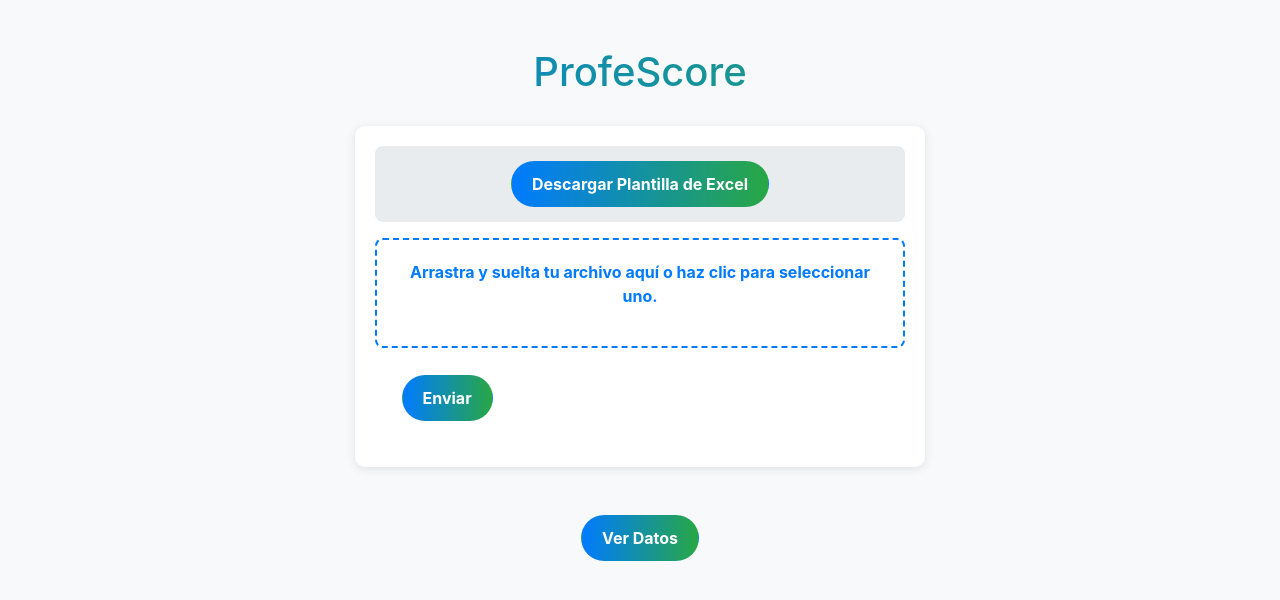
Repository: Sasonyera/ProfeScore
Page: http://localhost/index
An editor plug-in stored every save of this project. The page is shown before and after the next save, followed by the edit.
The browser window is 1280 px wide. The pictures show the whole page.
The page is this project's Thymeleaf template; nobody is signed in. The template is opened directly, without the code that normally fills it, so the values that code supplies are empty.

Above is the page before, as saved 2024-10-18 21:44:23.

### profescore/src/main/resources/templates/index.html
<!DOCTYPE html>
<html lang="es">
<head>
	<link rel="icon" href="/favi1.png" type="image/png">
    <meta charset="UTF-8">
    <title>ProfeScore</title>
    <!-- Bootstrap CSS -->
    <link rel="stylesheet" href="https://maxcdn.bootstrapcdn.com/bootstrap/4.0.0/css/bootstrap.min.css">

	<link rel="stylesheet" href="/styles.css">

</head>

<body>
    <div class="container mt-5 mb-5">
        <h1 class="text-center title">ProfeScore</h1>
        <div class="row justify-content-center">
            <div class="col-md-6 form-container">
                <div class="button-group text-center mb-3">
                    <button id="downloadTemplate" class="btn btn-custom">Descargar Plantilla de Excel</button>
                </div>
                <form id="uploadForm">
                    <div class="form-group file-upload" id="fileDropArea">
                        <label for="excelFile">Arrastra y suelta tu archivo aquí o haz clic para seleccionar uno.</label>
                        <input type="file" id="excelFile" name="file" accept=".xlsx, .xls" onchange="updateFileName()">
                        <div id="fileName" class="file-name"></div>
                    </div>
                    <button type="submit" class="btn btn-custom" id="btnEnviar">Enviar</button>
                </form>
            </div>
        </div>
    </div>

    <!-- Modal para mostrar mensajes -->
    <div class="modal fade" id="responseModal" tabindex="-1" role="dialog" aria-labelledby="responseModalLabel" aria-hidden="true">
      <div class="modal-dialog" role="document">
        <div class="modal-content">
          <div class="modal-header">
            <h4 class="modal-title" id="responseModalLabel"></h4>
            <button type="button" class="close" data-dismiss="modal" aria-label="Cerrar">
              <span aria-hidden="true">&times;</span>
            </button>
          </div>
          <div class="modal-body" id="responseMessage"></div>
          <div class="modal-footer">
            <button type="button" class="btn btn-secondary" data-dismiss="modal">Cerrar</button>
          </div>
        </div>
      </div>
    </div>
	<div class="container mt-5 mb-5">
	        <!-- ... -->
			<div class="text-center mt-4">
			    <a href="/ver-datos" class="btn btn-custom">Ver Datos</a>
			</div>

	    </div>

    <!-- Scripts necesarios -->
    <!-- Versión completa de jQuery -->
    <script src="https://code.jquery.com/jquery-3.6.0.min.js"></script>
    <!-- Popper.js y Bootstrap JS -->
    <script src="https://cdnjs.cloudflare.com/ajax/libs/popper.js/1.14.7/umd/popper.min.js"></script>
    <script src="https://maxcdn.bootstrapcdn.com/bootstrap/4.0.0/js/bootstrap.min.js"></script>
    <!-- Tu archivo script.js -->
    <script src="script.js"></script>
</body>
</html>

### profescore/src/main/resources/static/styles.css
body {
    background-color: #f8f9fa;
}

.form-container {
    background-color: #ffffff;
    padding: 20px;
    border-radius: 10px;
    box-shadow: 0 2px 10px rgba(0, 0, 0, 0.1);
}

.button-group {
    background-color: #e9ecef;
    padding: 15px;
    border-radius: 8px;
    margin-bottom: 20px;
    text-align: center;
}

.btn-custom {
    background: linear-gradient(90deg, #007bff, #28a745);
    color: white;
    font-weight: bold;
    border-radius: 30px;
    padding: 10px 20px;
    transition: background 0.3s;
    margin: auto;
    display: block;
    width: fit-content;
}
#btnEnviar{

	margin:5%;
}

.btn-custom:hover {
    background: linear-gradient(90deg, #0056b3, #218838);
}

.title {
    font-size: 2.5rem;
    background: linear-gradient(90deg, #007bff, #28a745);
    -webkit-background-clip: text;
    -webkit-text-fill-color: transparent;
    margin-bottom: 30px;
}

.custom-table {
    background-color: #ffffff;
    border-radius: 10px;
    overflow: hidden;
    box-shadow: 0 2px 10px rgba(0, 0, 0, 0.1);
}

.custom-table th {
    background: linear-gradient(90deg, #007bff, #28a745);
    color: white;
    text-align: center;
}

.custom-table td {
    text-align: center;
}

.custom-table tr:nth-child(even) {
    background-color: #f2f2f2;
}

.custom-table tr:hover {
    background-color: #e9ecef;
}
/* Estilos para el área de carga de archivos */
.file-upload {
    border: 2px dashed #007bff;
    border-radius: 8px;
    padding: 20px;
    text-align: center;
    margin-bottom: 20px;
    cursor: pointer;
}

.file-upload.dragging {
    border-color: #28a745;
    background-color: #f8f9fa;
}

.file-upload label {
    font-weight: bold;
    color: #007bff;
}

.file-upload input {
    display: none;
}

.file-name {
    margin-top: 10px;
    font-weight: bold;
    color: #333;
}

### profescore/src/main/resources/static/script.js
// Manejar el clic en el botón de descarga de la plantilla
document.getElementById('downloadTemplate').addEventListener('click', function() {
    window.location.href = '/download-template';
});

// Mostrar el nombre del archivo seleccionado
function updateFileName() {
    const input = document.getElementById('excelFile');
    const fileNameDisplay = document.getElementById('fileName');
    const fileName = input.files.length > 0 ? input.files[0].name : '';
    fileNameDisplay.textContent = fileName ? `Archivo seleccionado: ${fileName}` : '';
}

// Lógica de arrastrar y soltar archivos
const dropArea = document.getElementById('fileDropArea');

dropArea.addEventListener('dragover', (e) => {
    e.preventDefault();
    dropArea.classList.add('dragging');
});

dropArea.addEventListener('dragleave', () => {
    dropArea.classList.remove('dragging');
});

dropArea.addEventListener('drop', (e) => {
    e.preventDefault();
    dropArea.classList.remove('dragging');

    const input = document.getElementById('excelFile');
    const file = e.dataTransfer.files[0];

    if (file && (file.name.endsWith(".xls") || file.name.endsWith(".xlsx"))) {
        input.files = e.dataTransfer.files;
        updateFileName();
    } else {
        alert('Por favor, sube un archivo Excel válido (.xls o .xlsx).');
    }
});

// Permitir hacer clic en el área de carga para abrir el diálogo de selección de archivos
dropArea.addEventListener('click', () => {
    document.getElementById('excelFile').click();
});

// Envío del formulario usando fetch
document.getElementById('uploadForm').addEventListener('submit', function(e) {
    e.preventDefault();

    const inputFile = document.getElementById('excelFile');

    if (inputFile.files.length === 0) {
        showModal('Fallo el Envío', 'Por favor, selecciona un archivo.');
        return;
    }

    const formData = new FormData();
    formData.append('file', inputFile.files[0]);

    fetch('/upload-excel', {
        method: 'POST',
        body: formData
    })
    .then(response => response.text())
    .then(data => {
        if (data === 'success') {
            showModal('Envío Correcto', 'El archivo se ha enviado correctamente.');
			setTimeout(function() {
			    location.reload();
			}, 2000);
        } else {
            showModal('Fallo el Envío', data);
			setTimeout(function() {
			    location.reload();
			}, 2000);
        }
    })
    .catch(error => {
        console.error('Error:', error);
        showModal('Fallo el Envío', 'Ocurrió un error al enviar el archivo.');
		setTimeout(function() {
		    location.reload();
		}, 2000);
    });
});

// Función para mostrar el modal con mensajes
function showModal(title, message) {
    document.getElementById('responseModalLabel').innerText = title;
    document.getElementById('responseMessage').innerText = message;
    $('#responseModal').modal('show');
}

After the next save:
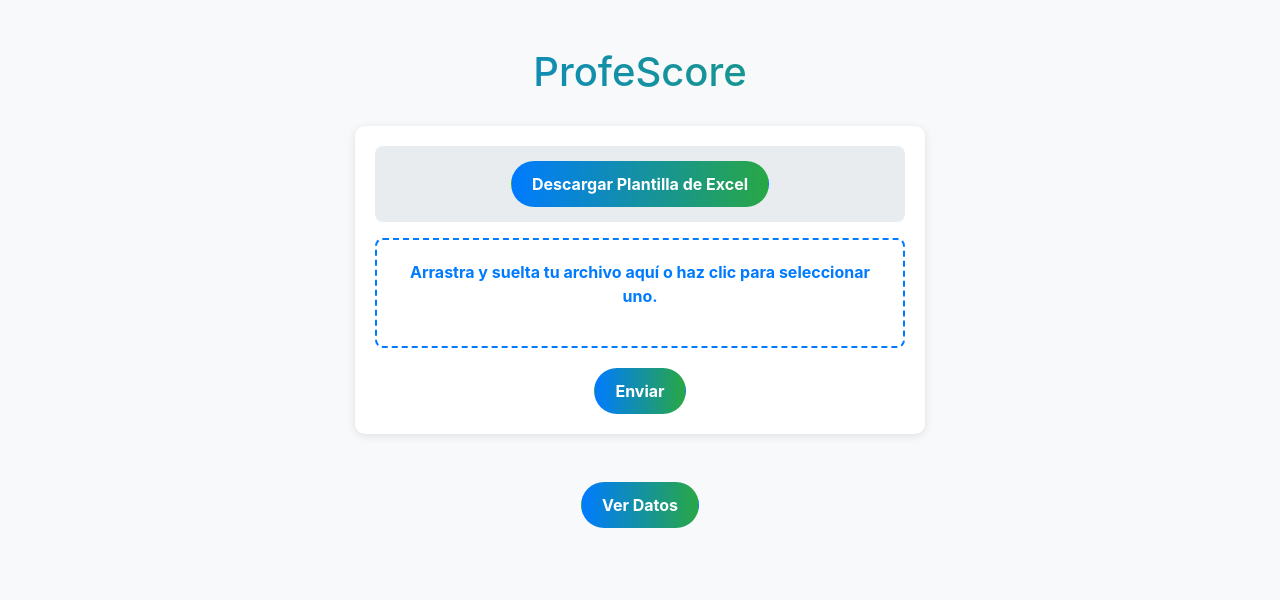
Saved 13 s later.
--- a/profescore/src/main/resources/static/styles.css
+++ b/profescore/src/main/resources/static/styles.css
@@ -27,10 +27,6 @@ body {
     margin: auto;
     display: block;
     width: fit-content;
-}
-#btnEnviar{
-
-	margin:5%;
 }
 
 .btn-custom:hover {
